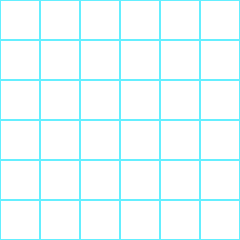
Repository: isabelcuddihy/decodeknight
Script's output: python knightstouragent.py
The author's editor kept a copy of each file at every save. The script's output is drawn from the files as they stood at one save, then again after a run of saves.
The window is shown after at most 60 frames with no key pressed. Random numbers start from a fixed seed.

Above is the script's output before, as saved 2026-03-25 12:31:48.

### knightstouragent.py
import time
import pygame
import numpy as np
import random

class Chessboard:
    def __init__(self, GUI=True, render_delay_sec=0.1, grid_length=6, grid_width = 6, obstacle_boxes=5):
        # Constants
        self.gridSize = grid_length #eventually need to do something with width too for m x n grids
        self.cellSize = 40
        self.screenSize = self.gridSize * self.cellSize
        self.fps = 60
        self.sleeptime = render_delay_sec
        self.placedKnights = [] # List to track prev ious knight positions in order (position, move number)
        self.obstacle_boxes = obstacle_boxes

        #Design choices for numbers and colors for GUI
        self.blue = (100, 239, 255)
        self.white = (255, 255, 255)
        self.status = ["#FFFFFF", "#64EFFF"]  # empty, visited
        pygame.font.init()
        self.font = pygame.font.SysFont(None, 24)

        # Shape definitions represented by arrays
        self.moves = [ (1, -2), # 2 left 1 up
                      (-1, -2),  # 2 left 1 down
                      (1, 2), # 2 right 1 up
                      (-1, 2), # 2 right 1 down
                      (-2, 1),  # 2 up 1 left
                      (-2, -1), # 2 up 1 right
                      (2, 1), # 2 down 1 left
                      (2, -1)# 2 down 1 right
        ]


        # Global variables (now instance attributes)
        self.screen = None
        self.clock = None
        self.grid = np.full((self.gridSize, self.gridSize), -1)
        self.currentKnightPos = [0, 0]
        self.moveChoice = 0 # Index to track the current move choice from self.moves
        self.done = False


        # Initialize grid with random obstacles - In Progress
        # self._addRandomColoredBoxes(self.grid, num_colored_boxes)

        # Initialize the graphical interface (if enabled)
        if GUI:
            pygame.init()
            self.screenSize = self.gridSize * self.cellSize
            self.screen = pygame.display.set_mode((self.screenSize, self.screenSize))
            pygame.display.set_caption("Chessboard")
            self.clock = pygame.time.Clock()

            self._refresh()
    # Movements of the knight
    def execute(self, command='e'):
        # Command-based environment interaction similar to Gym
        if command.lower() in ['e', 'export']:
            new_event = pygame.event.Event(pygame.KEYDOWN, unicode='e', key=ord('e'))
            try:
                pygame.event.post(new_event)
                self._refresh()
            except:
                pass
            return self.currentKnightPos, self.grid, self.placedKnights, self.done
        elif command.lower() in ['p', 'place']:
            if self.canPlace(self.grid, self.moves[self.moveChoice], self.currentKnightPos):
                self._placeKnight(self.grid, self.moves[self.moveChoice], self.currentKnightPos)
                self.placedKnights.append(( self.currentKnightPos, len(self.placedKnights) + 1))
                self._exportGridState(self.grid)
                new_event = pygame.event.Event(pygame.KEYDOWN, unicode='p', key=ord('p'))
                try:
                    pygame.event.post(new_event)
                    self._refresh()
                except:
                    pass
                if self.checkGrid(self.grid):
                    self.done = True
                else:
                    self.done = False

        elif command.lower() in ['u', 'undo']:
            if self.placedKnights:
                last_knight_pos, _ = self.placedKnights[-1]
                self._removeKnight(self.grid, last_knight_pos)
                if self.checkGrid(self.grid):
                    self.done = True
                else:
                    self.done = False
                new_event = pygame.event.Event(pygame.KEYDOWN, unicode='u', key=ord('u'))
                try:
                    pygame.event.post(new_event)
                    self._refresh()
                except:
                    pass

        return self.currentKnightPos, self.moveChoice, self.grid, self.placedKnights, self.done

    def canPlace(self, grid, pos):
        # Does knight fit in grid and is position empty
        if pos[0]  >= self.gridSize or pos[1] >= self.gridSize:
            return False
        # Check for filled square
        if grid[pos[0]][pos[1]] != -1:
            return False
        return True

    def checkGrid(self, grid):
        # Ensure all cells are filled
        if -1 in grid:
            return False

        return True


    # All other methods are private (no requirement for public)

    def _drawGrid(self, screen):
        for x in range(0, self.screenSize, self.cellSize):
            for y in range(0, self.screenSize, self.cellSize):
                rect = pygame.Rect(x, y, self.cellSize, self.cellSize)
                pygame.draw.rect(screen, self.blue, rect, 1)

    def _placeKnight(self, grid, pos):
        grid[pos[0]][pos[1]] = 1


    def _removeKnight(self, grid, pos):
        grid[pos[0]][pos[1]] = -1

    def _exportGridState(self, grid):
        ## To export the grid for debug purposes.
        return grid

    def _importGridState(self, gridState):
        ## Can be used to import a grid for same atarting conditions from a file.
        grid = np.array([ord(char) - 65 for char in gridState]).reshape((self.gridSize, self.gridSize))
        return grid

    def _refresh(self):
        self.screen.fill(self.white)
        self._drawGrid(self.screen)

        # Draw the current state of the grid
        for i in range(self.gridSize):
            for j in range(self.gridSize):
                if self.grid[i, j] != -1:
                    rect = pygame.Rect(j * self.cellSize, i * self.cellSize, self.cellSize, self.cellSize)
                    pygame.draw.rect(self.screen, self.status[self.grid[i, j]], rect)

        pygame.display.flip()
        self.clock.tick(self.fps)
        time.sleep(self.sleeptime)

    # def _addRandomColoredBoxes(self, grid, num_boxes=5):
    #     ## Adds the random colored boxes.
    #     empty_positions = list(zip(*np.where(grid == -1)))
    #     random_positions = random.sample(empty_positions, min(num_boxes, len(empty_positions)))

    #     # Place random colored boxes at selected positions
    #     for pos in random_positions:
    #         color_index = self.getAvailableColor(grid, pos[1], pos[0])
    #         grid[pos[0], pos[1]] = color_index

    def _loop_gui(self):
        ## Main Loop for the GUI
        running = True
        while running:
            for event in pygame.event.get():
                if event.type == pygame.QUIT:
                    running = False
            self.screen.fill(self.white)
            self._drawGrid(self.screen)
            pygame.display.flip()
            self.clock.tick(self.fps)

        pygame.quit()

    def _printGridState(self, grid):
        ## Utility method. Can be used for debugging.
        for row in grid:
            print(' '.join(f'{cell:2}' for cell in row))
        print()

    def _printControls(self):
        ## Prints the controls for manual control
        print("P to place the shape.")
        print("U to undo the last placed shape.")
        print("E to print the grid state from GUI to terminal.")
        print("I to import a dummy grid state.")
        print("Q to quit (terminal mode only).")
        print("Press any key to continue")

    def _main(self):
        ## Allows manual control over the environment.
        self._loop_gui()


if __name__ == "__main__":
    # printControls() and main() now encapsulated in the class:
    game = Chessboard(True, render_delay_sec=0.1, grid_length=6, grid_width=6, obstacle_boxes=5)
    game._printControls()
    game._main()

After the next 2 saves:
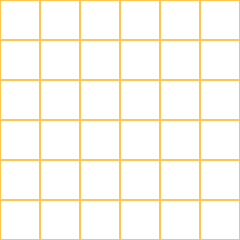
The 2 saves are shown as one change because 1 did not build or start.
The last was saved 6 min 12 s later.
--- a/knightstouragent.py
+++ b/knightstouragent.py
@@ -13,10 +13,12 @@ class Chessboard:
         self.sleeptime = render_delay_sec
         self.placedKnights = [] # List to track prev ious knight positions in order (position, move number)
         self.obstacle_boxes = obstacle_boxes
+        self.move_counter = 0
 
         #Design choices for numbers and colors for GUI
-        self.blue = (100, 239, 255)
+        self.black = (0,0,0)
         self.white = (255, 255, 255)
+        self.blue = (254, 198, 78)
         self.status = ["#FFFFFF", "#64EFFF"]  # empty, visited
         pygame.font.init()
         self.font = pygame.font.SysFont(None, 24)
@@ -68,7 +70,8 @@ class Chessboard:
         elif command.lower() in ['p', 'place']:
             if self.canPlace(self.grid, self.moves[self.moveChoice], self.currentKnightPos):
                 self._placeKnight(self.grid, self.moves[self.moveChoice], self.currentKnightPos)
-                self.placedKnights.append(( self.currentKnightPos, len(self.placedKnights) + 1))
+                self.placedKnights.append(( self.currentKnightPos.copy))
+                self.move_counter += 1
                 self._exportGridState(self.grid)
                 new_event = pygame.event.Event(pygame.KEYDOWN, unicode='p', key=ord('p'))
                 try:
@@ -83,7 +86,8 @@ class Chessboard:
 
         elif command.lower() in ['u', 'undo']:
             if self.placedKnights:
-                last_knight_pos, _ = self.placedKnights[-1]
+                last_knight_pos= self.placedKnights[-1]
+                self.move_counter -= 1
                 self._removeKnight(self.grid, last_knight_pos)
                 if self.checkGrid(self.grid):
                     self.done = True
@@ -144,12 +148,18 @@ class Chessboard:
         self._drawGrid(self.screen)
 
         # Draw the current state of the grid
+        total_moves = self.move_counter
         for i in range(self.gridSize):
             for j in range(self.gridSize):
                 if self.grid[i, j] != -1:
                     rect = pygame.Rect(j * self.cellSize, i * self.cellSize, self.cellSize, self.cellSize)
                     pygame.draw.rect(self.screen, self.status[self.grid[i, j]], rect)
-
+                    # draw move number on top of the filled cell
+                    if total_moves > 0:
+                        text = self.font.render(str(total_moves), True, self.black)
+                        text_rect = text.get_rect(center=rect.center)
+                        self.screen.blit(text, text_rect)
+                        total_moves -= 1
         pygame.display.flip()
         self.clock.tick(self.fps)
         time.sleep(self.sleeptime)
